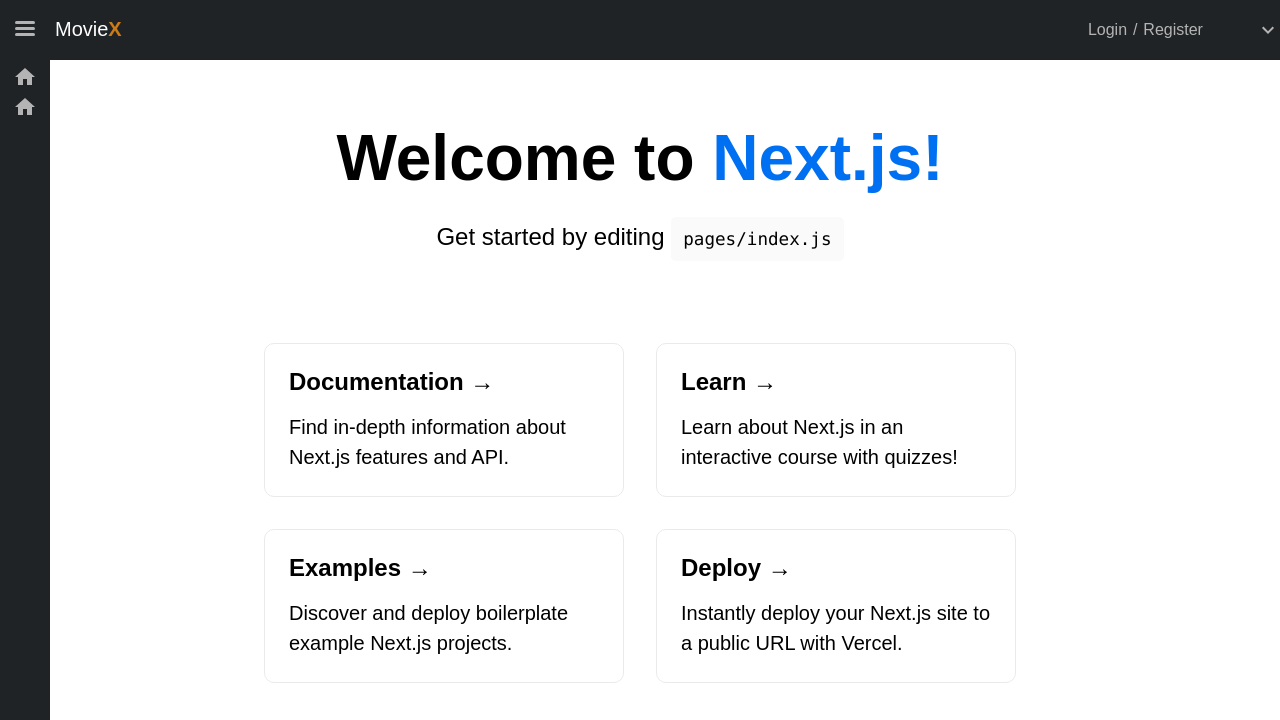
Repository: Amad-Mlinka/MovieTVBrowserNext
Page: /
The author's editor kept a copy of each file at every save. The page is drawn from the files as they stood at one save, then again after the next save.
The browser window is 1280 px wide. The pictures show the whole page.
An inner scrolling area shows only its first screen. The project was rebuilt for these pictures with package versions that can differ from the ones it lists, and the page was loaded fresh each time. The framework's server and built-in components were replaced by stand-ins that run in the browser. Also part of the build but not shown: next.config.js.

Above is the page before, as saved 2021-08-03 19:11:25.

After the next save:
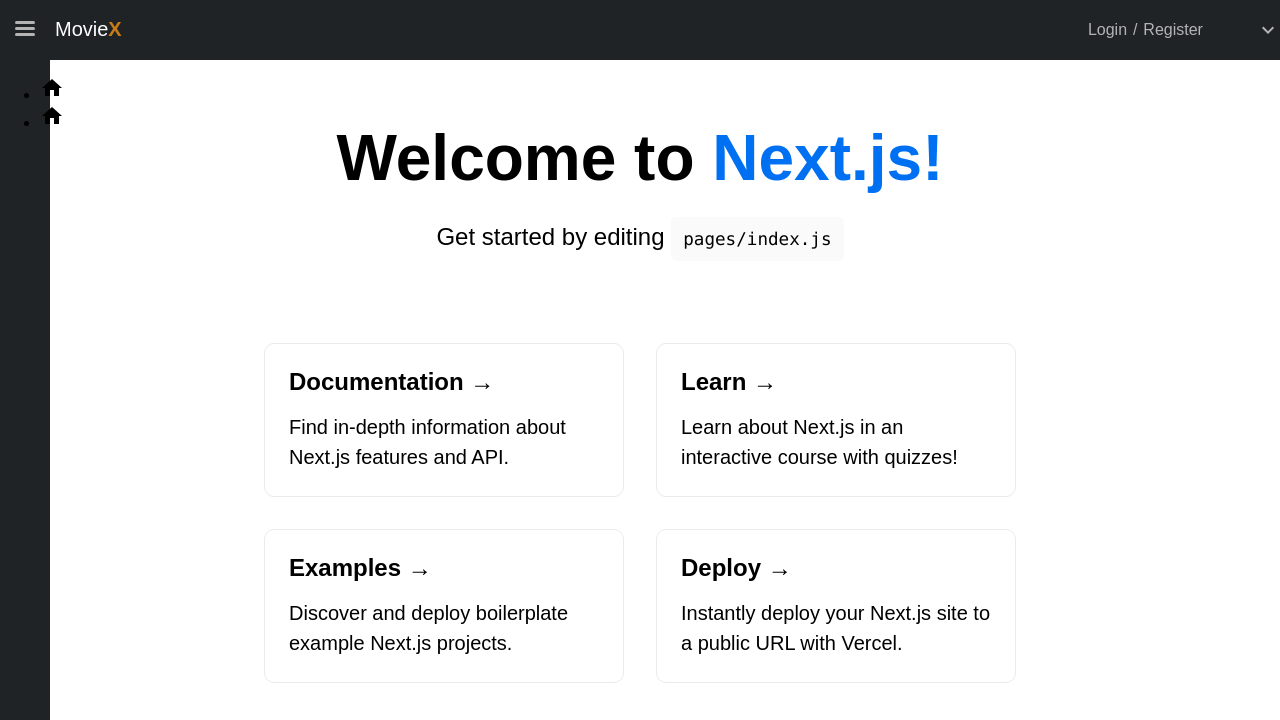
Saved 102 s later.
--- a/styles/Header.module.scss
+++ b/styles/Header.module.scss
@@ -273,32 +273,3 @@
     display: flex;
     flex-direction: column;
 }
-
-.sidebarActive{
-    width: 50%;
-}
-
-.sidebarMenu{
-    height: 60%;
-    margin-top: 5px;
-}
-
-.sidebarList{
-    list-style-type: none;
-    margin: 0;
-    padding: 0;
-}
-
-
-.sidebarLink{
-    height: 30px;
-    color: $tertiary-color;
-    font-family: "Open-sans";
-    font-weight: bolder;
-    display: flex;
-    flex-direction: row;
-    .sidebarIcon{
-        position: absolute;
-        left: 12.5px;
-    }
-}
